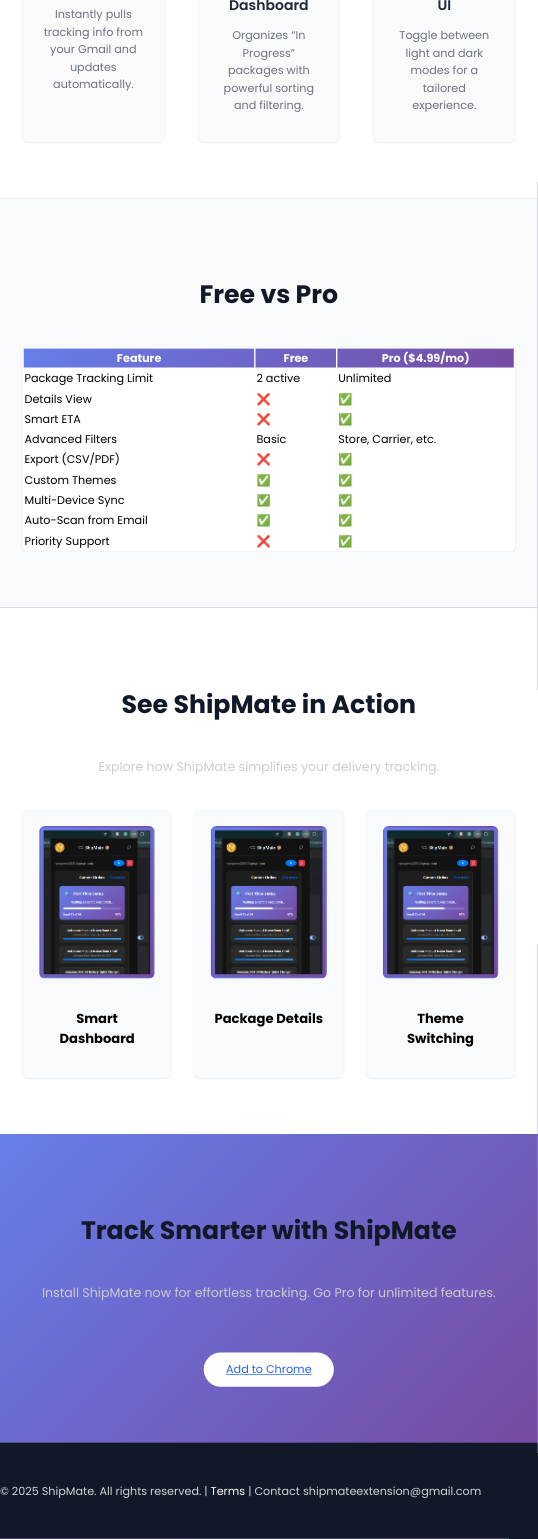
Repository: epeguero8311/shipmate-website
Page: index.html
These files come from the project's save history. The page is drawn as it stood at one moment and after the next save; the edit follows.
The browser window is 768 px wide. The pictures show the part of the page from y = 830 to 3070 px (the page is 3028 px tall before and 3070 px after), at 70% of full size.

Above is the page before, as saved 2025-10-26 20:06:14.

After the next save:
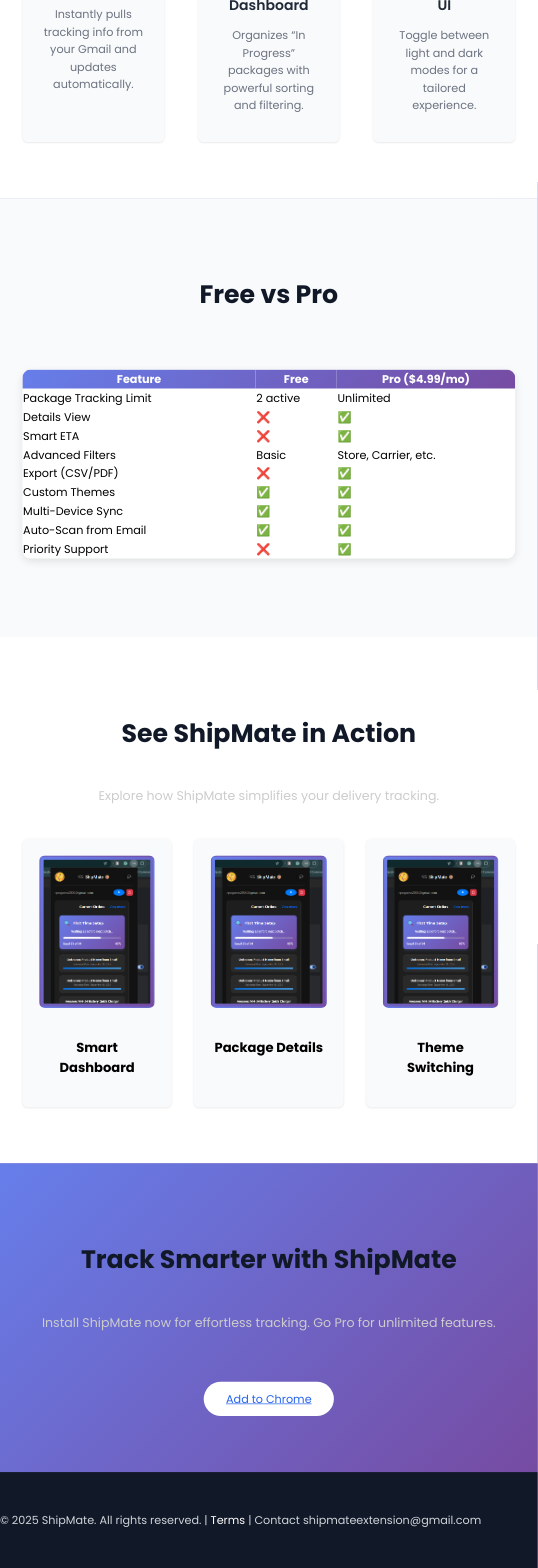
Saved 117 s later.
--- a/styles.css
+++ b/styles.css
@@ -197,45 +197,64 @@
 
 .table-wrapper {
   overflow-x: auto;
-  padding: 0 1rem;
+  padding: 2rem 1rem; /* more spacing around table */
 }
 
 .table {
-width: 100%;
-  max-width: 64rem;
-  margin-left: auto;
-  margin-right: auto;
-  background-color: white;
-  border-radius: 0.5rem;
-  box-shadow: 0 1px 3px rgba(0, 0, 0, 0.1);
+  width: 100%;
+  max-width: 900px;
+  margin: 0 auto;
+  border-collapse: separate;
+  border-spacing: 0;
+  background-color: #fff;
+  border-radius: 12px;
+  overflow: hidden;
+  box-shadow: 0 4px 12px rgba(0,0,0,0.1);
 }
 
 .table-header {
   background: linear-gradient(135deg, #667eea 0%, #764ba2 100%);
   color: white;
-}
-
-.table-cell {
-  padding: 1rem 1.5rem;
-  text-align: center;
-  font-size: 0.875rem;
-  font-weight: 500;
+  text-align: center;
+}
+
+.table-cell, .table-cell-left {
+  padding: 1.2rem 1.5rem; /* increased padding */
+  font-size: 0.95rem;
 }
 
 .table-cell-left {
-  padding: 1rem 1.5rem;
   text-align: left;
-  font-size: 0.875rem;
-  font-weight: 500;
-}
-
-.table-body {
-  color: #4B5563;
+}
+
+.table-body .table-row:nth-child(even) {
+  background-color: #f9fafc; /* alternating row color */
 }
 
 .table-row {
-  border-bottom: 1px solid #E5E7EB;
-}
+  border-bottom: 1px solid #e5e7eb;
+}
+
+.table-row:last-child {
+  border-bottom: none;
+}
+
+.table-body .table-cell {
+  text-align: center;
+  vertical-align: middle;
+}
+
+.table-body .table-cell-left {
+  vertical-align: middle;
+}
+
+@media (max-width: 768px) {
+  .table-cell, .table-cell-left {
+    padding: 0.9rem 1rem;
+    font-size: 0.875rem;
+  }
+}
+
 
 .text-center {
   text-align: center;

After the save that followed:
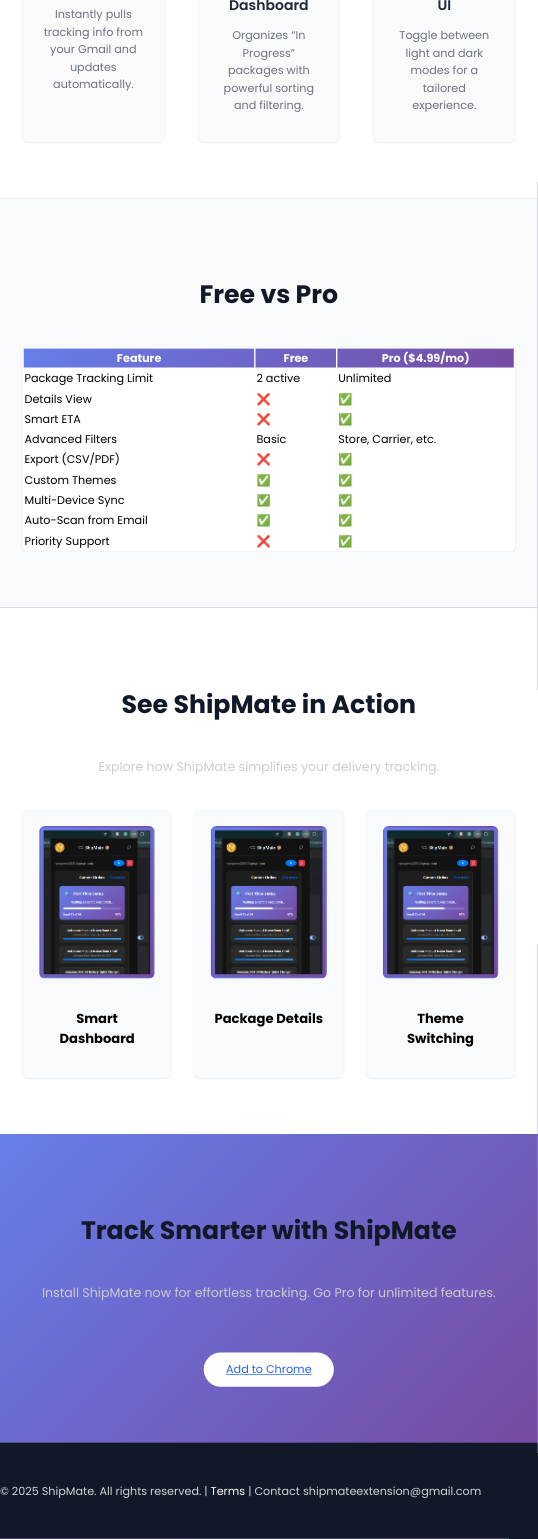
Saved 6 s later.
--- a/styles.css
+++ b/styles.css
@@ -197,64 +197,45 @@
 
 .table-wrapper {
   overflow-x: auto;
-  padding: 2rem 1rem; /* more spacing around table */
+  padding: 0 1rem;
 }
 
 .table {
-  width: 100%;
-  max-width: 900px;
-  margin: 0 auto;
-  border-collapse: separate;
-  border-spacing: 0;
-  background-color: #fff;
-  border-radius: 12px;
-  overflow: hidden;
-  box-shadow: 0 4px 12px rgba(0,0,0,0.1);
+width: 100%;
+  max-width: 64rem;
+  margin-left: auto;
+  margin-right: auto;
+  background-color: white;
+  border-radius: 0.5rem;
+  box-shadow: 0 1px 3px rgba(0, 0, 0, 0.1);
 }
 
 .table-header {
   background: linear-gradient(135deg, #667eea 0%, #764ba2 100%);
   color: white;
-  text-align: center;
-}
-
-.table-cell, .table-cell-left {
-  padding: 1.2rem 1.5rem; /* increased padding */
-  font-size: 0.95rem;
+}
+
+.table-cell {
+  padding: 1rem 1.5rem;
+  text-align: center;
+  font-size: 0.875rem;
+  font-weight: 500;
 }
 
 .table-cell-left {
+  padding: 1rem 1.5rem;
   text-align: left;
-}
-
-.table-body .table-row:nth-child(even) {
-  background-color: #f9fafc; /* alternating row color */
+  font-size: 0.875rem;
+  font-weight: 500;
+}
+
+.table-body {
+  color: #4B5563;
 }
 
 .table-row {
-  border-bottom: 1px solid #e5e7eb;
-}
-
-.table-row:last-child {
-  border-bottom: none;
-}
-
-.table-body .table-cell {
-  text-align: center;
-  vertical-align: middle;
-}
-
-.table-body .table-cell-left {
-  vertical-align: middle;
-}
-
-@media (max-width: 768px) {
-  .table-cell, .table-cell-left {
-    padding: 0.9rem 1rem;
-    font-size: 0.875rem;
-  }
-}
-
+  border-bottom: 1px solid #E5E7EB;
+}
 
 .text-center {
   text-align: center;
